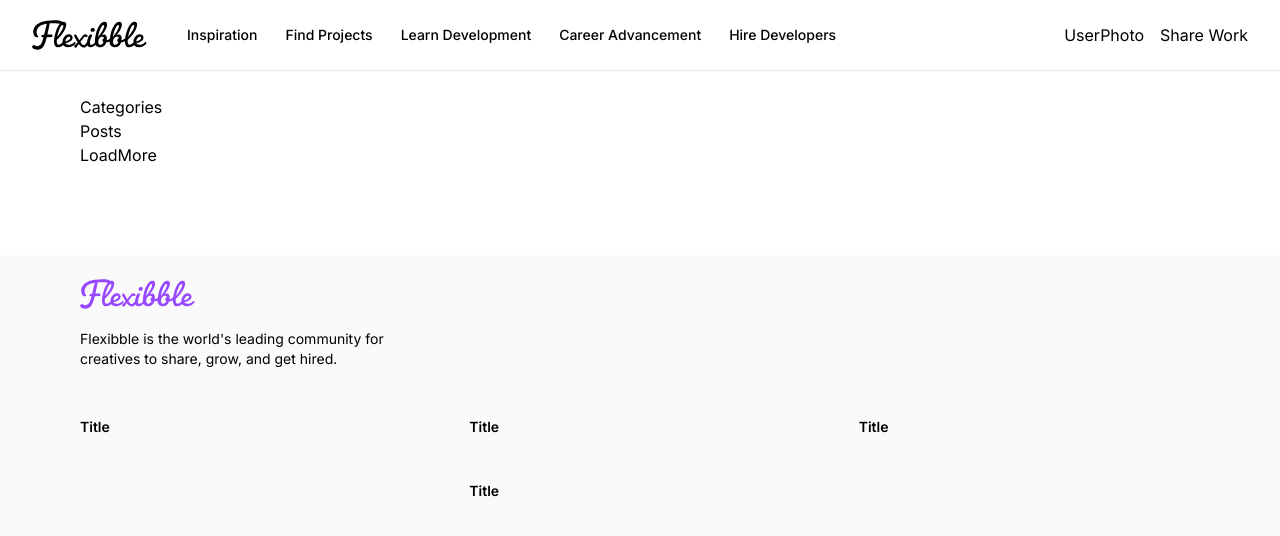
Repository: davedeguia/grafbase_flexibble
Page: /
An editor plug-in stored every save of this project. The page is shown before and after the next save, followed by the edit.
The browser window is 1280 px wide. The pictures show the whole page.
The project was rebuilt for these pictures with package versions that can differ from the ones it lists, and the page was loaded fresh each time. The framework's server and built-in components were replaced by stand-ins that run in the browser. Also part of the build but not shown: next.config.js, app/components/AuthProviders.tsx.

Above is the page before, as saved 2023-07-16 07:50:04.

After the next save:
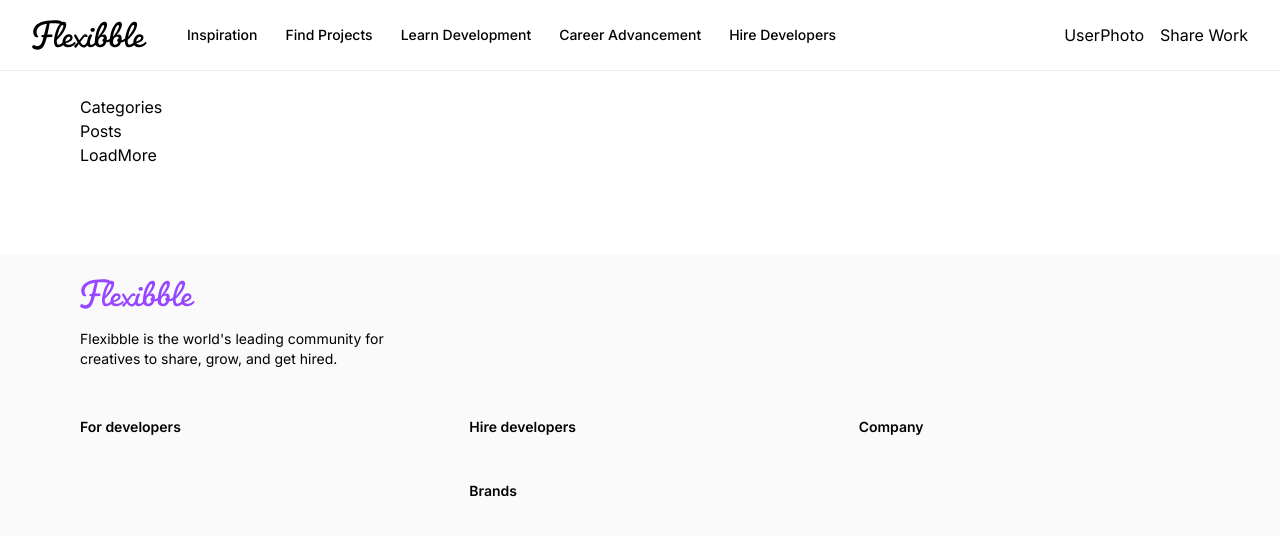
Saved 74 s later.
--- a/app/components/Footer.tsx
+++ b/app/components/Footer.tsx
@@ -10,7 +10,7 @@
 
 const FooterColumn = ({ title, links }: ColumnProps) => (
   <div className='footer_column'>
-    <h4 className='font-semibold'>Title</h4>
+    <h4 className='font-semibold'>{title}</h4>
     <ul className='flex flex-col gap-2 font-normal'>
       {links.map((link) => (
         <Link href='/' key={link}></Link>
